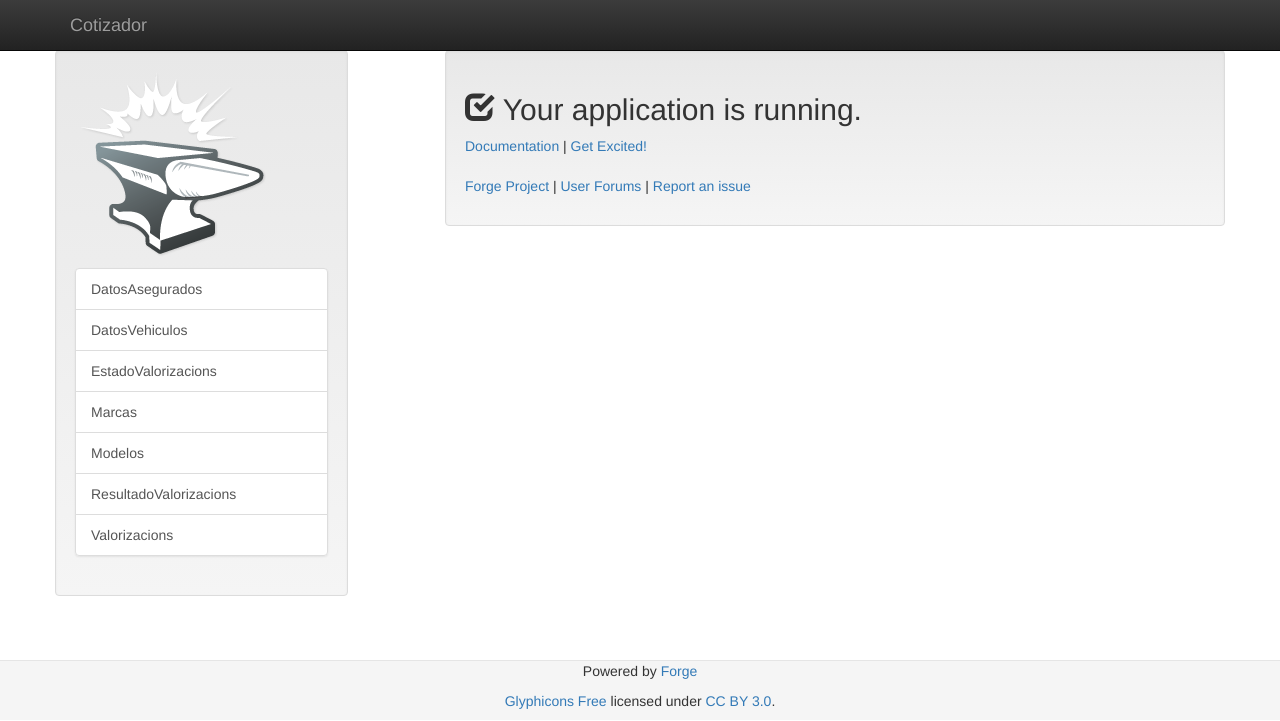
Repository: PabloRPalma/SistemaVentaSeguros
Page: Cotizador/src/main/webapp/app.html
These files come from the project's save history. The page is drawn as it stood at one moment and after the next save; the edit follows.
The browser window is 1280 px wide. The pictures show the whole page.
The page's requests for data from a server got no answer.

Above is the page before, as saved 2021-02-06 12:54:35.

After the next save:
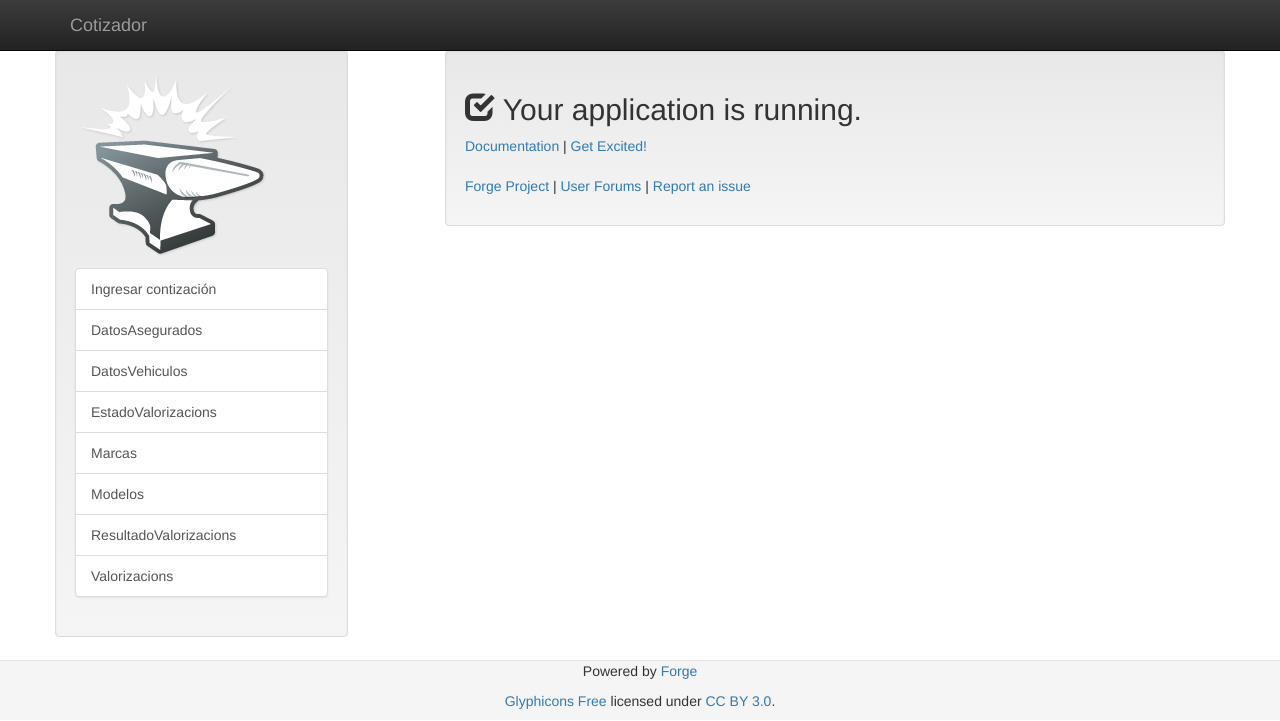
Saved 2 min 38 s later.
--- a/Cotizador/src/main/webapp/app.html
+++ b/Cotizador/src/main/webapp/app.html
@@ -34,6 +34,7 @@
                     </a>
                     <nav class="sidebar-nav" ng-controller="NavController" role="navigation">
                         <div id="sidebar-entries" class="list-group">
+                        	 	<a class="list-group-item" ng-class="{active: matchesRoute('Valorizacions')}" href="#/Valorizacions/new" data-toggle="offcanvas">Ingresar contización</a>
                         	<a class="list-group-item" ng-class="{active: matchesRoute('DatosAsegurados')}" href="#/DatosAsegurados" data-toggle="offcanvas">DatosAsegurados</a>
                         	<a class="list-group-item" ng-class="{active: matchesRoute('DatosVehiculos')}" href="#/DatosVehiculos" data-toggle="offcanvas">DatosVehiculos</a>
                         	<a class="list-group-item" ng-class="{active: matchesRoute('EstadoValorizacions')}" href="#/EstadoValorizacions" data-toggle="offcanvas">EstadoValorizacions</a>
